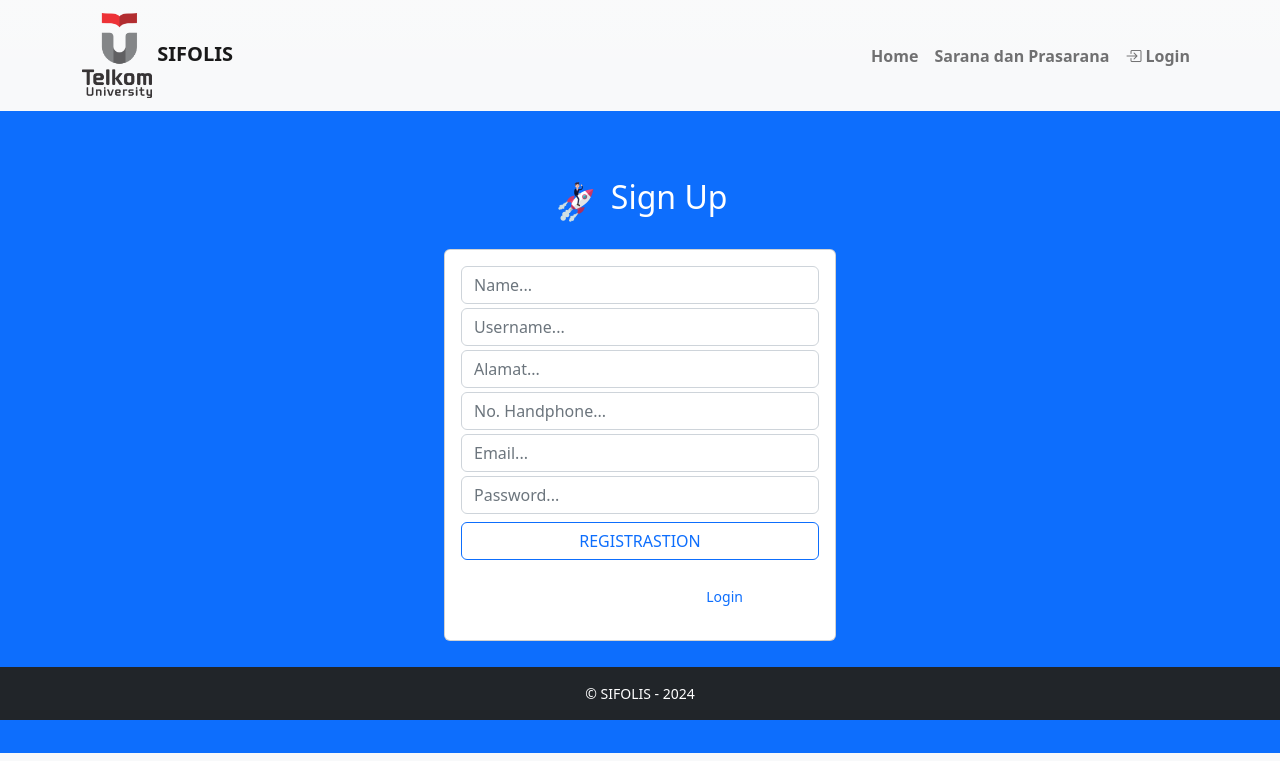
Repository: Audi87/uas_framework
Page: http://localhost/registrasi
An editor plug-in stored every save of this project. The page is shown before and after the next save, followed by the edit.
The browser window is 1280 px wide. The pictures show the whole page.
Some web libraries are served in a nearby version. The page is served by the project's Laravel application, run on PHP 8.4 with Laravel 10. Other server files are loaded and not shown.

Above is the page before, as saved 2024-06-13 21:24:31.

### routes/web.php
<?php

use App\Http\Controllers\{
    BarangController, ContactController, CustumerController, DataPeminjamanController, HistoryController,
    Home, LoginController, PeminjamanController, ProfilController, RegistrasiController,
    SaranaDanPrasaranaController, AdminController
};
use Illuminate\Support\Facades\Route;


Route::get('/', [Home::class, 'index'])->middleware('auth');

Route::get('/login', [LoginController::class, 'index'])->name('login')->middleware('guest');
Route::post('/login', [LoginController::class, 'login']);
Route::post('/logout', [LoginController::class, 'logout']);

Route::get('/registrasi', [RegistrasiController::class, 'index'])->middleware('guest');
Route::post('/registrasi', [RegistrasiController::class, 'registrasi']);

Route::get('/dashboard', function() {
    return view('dashboard.index', ['title' => 'Dashboard Admin']);
})->middleware('admin');

Route::get('/profil/{user:id}', [ProfilController::class, 'index'])->middleware('auth');

Route::get('/sarana dan prasarana', [SaranaDanPrasaranaController::class, 'index'])->middleware('auth');
Route::resource('/sarana-prasarana', BarangController::class)->middleware('admin');

Route::get('/peminjaman/{barang:id}', [PeminjamanController::class, 'index'])->middleware('auth');
Route::post('/peminjaman/{barang:id}', [PeminjamanController::class, 'peminjaman'])->middleware('auth');

Route::get('/history/{user:id}', [HistoryController::class, 'index'])->middleware('auth');

Route::get('/kembalikan/{id}', [PeminjamanController::class, 'kembalikan'])->middleware('auth');
Route::get('/detail-peminjaman/{id}', [PeminjamanController::class, 'detailPeminjaman'])->middleware('auth');

Route::get('/category/{id}', [SaranaDanPrasaranaController::class, 'category'])->middleware('auth');

Route::get('/custumer', [CustumerController::class, 'index'])->middleware('admin');
Route::get('/custumer/{user:id}', [CustumerController::class, 'detail'])->middleware('admin');

Route::get('/data-peminjaman', [DataPeminjamanController::class, 'index'])->middleware('admin');
Route::get('/data-peminjaman/{id}', [DataPeminjamanController::class, 'detail'])->middleware('admin');

Route::get('/contact', [ContactController::class, 'index'])->middleware('auth');

### app/Http/Controllers/RegistrasiController.php
<?php

namespace App\Http\Controllers;

use Illuminate\Support\Facades\App;
use App\Models\User;
use Illuminate\Http\Request;

class RegistrasiController extends Controller
{
    // Function untuk menampilkan view registrasi
    public function index()
    {
        return view('registrasi.registrasi', [
            'title' => 'Registrasi'
        ]);
    }

    // Function untuk proses registrasi
    public function registrasi(Request $request)
    {
        $validateData = $request->validate([
            'name' => ['required', 'min:4', 'max:255'],
            'username' => ['required', 'min:5', 'max:255'],
            'alamat' => ['required', 'min:5', 'max:255'],
            'no_handphone' => ['required', 'min:5', 'max:255'],
            'email' => ['required', 'min:5', 'max:255', 'unique:users'],
            'password' => ['required', 'min:5', 'max:255']
        ]);

        $validateData['password'] = bcrypt($validateData['password']);
        User::create($validateData);

        // Menampilkan Sweet Alert
        return redirect('/login')->with('success', 'successful registration');
    }
}

### resources/views/registrasi/registrasi.blade.php
@extends('layouts.main')

@section('content')

<div class="regis p-3 mb-2 bg-primary text-white">
    <div class="container-fluid py-5">
        <div class="row text-center mb-5">
            <div class="col-lg-4 offset-lg-4" >
                <h2>
                    <img src="img/pngwing.com (7).png" text-primary width="50" alt="" data-aos="flip-left" data-aos-duration="2000" >
                    Sign Up
                </h2>
            </div>
            <div class="col-lg-4 offset-lg-4 col-10 offset-1 mt-3">
                {{-- Form Registrasi --}}
                <div class="card">
                    <div class="card-body">
                        <form action="/registrasi" method="post">
                            @csrf
                            <div class="mb-1">
                                <input type="text" id="name" name="name" placeholder="Name..." value="{{ old('name') }}" class="form-control @error('name') is-invalid @enderror">
                                @error('name')
                                <div class="invalid-feedback">
                                    {{ $message }}
                                </div>
                                @enderror
                            </div>
                            <div class="mb-1">
                                <input type="text" id="username" name="username" placeholder="Username..." value="{{ old('username') }}" class="form-control @error('username') is-invalid @enderror">
                                @error('username')
                                <div class="invalid-feedback">
                                    {{ $message }}
                                </div>
                                @enderror
                            </div>
                            <div class="mb-1">
                                <input type="text" id="alamat" name="alamat" placeholder="Alamat..." value="{{ old('alamat') }}" class="form-control @error('alamat') is-invalid @enderror">
                                @error('alamat')
                                <div class="invalid-feedback">
                                    {{ $message }}
                                </div>
                                @enderror
                            </div>
                            <div class="mb-1">
                                <input type="number" id="no_handphone" name="no_handphone" placeholder="No. Handphone..." value="{{ old('no_handphone') }}" class="form-control @error('no_handphone') is-invalid @enderror">
                                @error('no_handphone')
                                <div class="invalid-feedback">
                                    {{ $message }}
                                </div>
                                @enderror
                            </div>
                            <div class="mb-1">
                                <input type="email" id="email" name="email" placeholder="Email..." value="{{ old('email') }}" class="form-control @error('email') is-invalid @enderror">
                                @error('email')
                                <div class="invalid-feedback">
                                    {{ $message }}
                                </div>
                                @enderror
                            </div>
                            <div class="mb-2">
                                <input type="password" id="password" name="password" placeholder="Password..." value="{{ old('password') }}" class="form-control @error('password') is-invalid @enderror">
                                @error('password')
                                <div class="invalid-feedback">
                                    {{ $message }}
                                </div>
                                @enderror
                            </div>
                            <div class="mb-4">
                                <button class="btn btn-outline-primary w-100" type="submit">REGISTRASTION</button>
                            </div>
                            <div>
                                <p><small>already have an account? <a href="login" class="text-decoration-none">Login</a></small></p>
                            </div>
                        </form>
                    </div>
                </div>
            </div>
        </div>
    </div>
</div>

@if(session('success'))
<script>
    Swal.fire({
        title: 'Registrasi Berhasil!',
        text: "{{ session('success') }}",
        icon: 'success',
        confirmButtonText: 'Ok'
    });
</script>
@endif

@endsection

### resources/views/layouts/main.blade.php
<!doctype html>
<html lang="en">
  <head>
    <meta charset="utf-8">
    <meta name="viewport" content="width=device-width, initial-scale=1">
    <title>{{ $title }}</title>

    <link rel="stylesheet" href="/css/stylee.css">

    {{-- Link Aos --}}
    <link rel="stylesheet" href="https://unpkg.com/aos@next/dist/aos.css" />

    {{-- Link Icons Bootstrap --}}
    <link rel="stylesheet" href="https://cdn.jsdelivr.net/npm/bootstrap-icons@1.9.1/font/bootstrap-icons.css">

    <link href="https://cdn.jsdelivr.net/npm/bootstrap@5.2.0/dist/css/bootstrap.min.css" rel="stylesheet" integrity="sha384-gH2yIJqKdNHPEq0n4Mqa/HGKIhSkIHeL5AyhkYV8i59U5AR6csBvApHHNl/vI1Bx" crossorigin="anonymous">
    <link href="https://fonts.googleapis.com/css2?family=Poppins:wght@400;500;600&display=swap" rel="stylesheet">
    <link rel="stylesheet" href="https://cdnjs.cloudflare.com/ajax/libs/font-awesome/6.4.0/css/all.min.css"
        integrity="sha512-iecdLmaskl7CVkqkXNQ/ZH/XLlvWZOJyj7Yy7tcenmpD1ypASozpmT/E0iPtmFIB46ZmdtAc9eNBvH0H/ZpiBw=="
        crossorigin="anonymous" referrerpolicy="no-referrer" />
  </head>
  <body class="bg-light">

    {{-- Include navbar --}}
    @include('navbar.navbar')

    {{-- Content --}}
    @yield('content')
    {{-- End Content --}}

    {{-- Include Footer --}}
    @include('footer.footer')

    <script src="https://cdn.jsdelivr.net/npm/bootstrap@5.2.0/dist/js/bootstrap.bundle.min.js" integrity="sha384-A3rJD856KowSb7dwlZdYEkO39Gagi7vIsF0jrRAoQmDKKtQBHUuLZ9AsSv4jD4Xa" crossorigin="anonymous"></script>

    <script src="https://unpkg.com/aos@next/dist/aos.js"></script>
    <script>
      AOS.init();
    </script>

    {{-- Js Jquery --}}
    <script src="/js/jquery.js"></script>

    {{-- Script js --}}
    <script src="/js/script.js"></script>

  </body>
</html>

### resources/views/navbar/navbar.blade.php
{{-- Navbar --}}
<nav class="navbar navbar-expand-lg bg-light bg-gradient navbar-light">
    <div class="container">
        <a class="navbar-brand" href="/"><img src="img/logo.png" width="70" alt="" data-aos="flip-left"
                data-aos-duration="2000"> SIFOLIS </a>
        <button class="navbar-toggler" type="button" data-bs-toggle="collapse" data-bs-target="#navbarNav"
            aria-controls="navbarNav" aria-expanded="false" aria-label="Toggle navigation">
            <span class="navbar-toggler-icon"></span>
        </button>
        <div class="collapse navbar-collapse" id="navbarNav">
            <ul class="navbar-nav ms-auto">
                <li class="nav-item">
                    <a class="nav-link {{ Request::is('/') ? 'active' : '' }}" aria-current="page"
                        href="/">Home</a>
                </li>
                <li class="nav-item">
                    <a class="nav-link {{ Request::is('sarana dan prasarana') ? 'active' : '' }}" aria-current="page"
                        href="/sarana dan prasarana">Sarana dan Prasarana</a>
                </li>

                @auth
                    <li class="nav-item dropdown">
                        <a class="nav-link dropdown-toggle" href="#" role="button" data-bs-toggle="dropdown"
                            aria-expanded="false">
                            <i class="bi bi-person-lines-fill"></i> Welcome, {{ auth()->user()->username }}
                        </a>
                        <ul class="dropdown-menu">
                            @can('admin')
                                <li><a class="dropdown-item" href="/dashboard">Dashboard Admin</a></li>
                            @endcan
                            <li><a class="dropdown-item" href="/history/{{ auth()->user()->id }}">Peminjaman</a></li>
                            <li><a class="dropdown-item" href="/contact">Contact Us</a></li>
                            <li><a class="dropdown-item" href="/profil/{{ auth()->user()->id }}"><i
                                        class="bi bi-person-lines-fill"></i> My Profil</a></li>
                            <li>
                                <hr class="dropdown-divider">
                            </li>
                            {{-- Form Logout --}}
                            <form action="/logout" method="post">
                                @csrf
                                <button type="submit" class="dropdown-item"
                                    onclick="return confirm('sure want to go out?')"><i class="bi bi-box-arrow-in-left"></i>
                                    Logout</button>
                            </form>
                            {{-- End From --}}
                        </ul>
                    </li>
                @else
                    <li class="nav-item">
                        <a class="nav-link {{ Request::is('login') ? 'active' : '' }}" href="/login"><i
                                class="bi bi-box-arrow-in-right"></i> Login</a>
                    </li>
                @endauth

            </ul>
        </div>
    </div>
</nav>
{{-- End Navbar --}}

### resources/views/footer/footer.blade.php
<div class="container">
    <!-- Konten Halaman di sini -->
</div>
<div class="fixed-bottom">
<footer class="container-fluid bg-dark text-white text-center">
    <div class="container1">
        <div class="row">
            <div class="col-lg-12">
                <small><p class="mt-3">&copy; SIFOLIS - 2024</p></small>
            </div>
        </div>
    </div>
    </div>
</footer>

### public/css/stylee.css
nav ul li {
    font-weight: bold;
}

nav a {
    font-weight: bold;
}

nav ul li:hover {
    background-color: black;
    opacity: 0.8;
    border-radius: 17px;
    text-decoration: underline;
}

### public/js/script.js
$(document).ready(function(){


    window.setTimeout(function(){
        $('.alert').fadeTo(300, 0).slideUp(300, function(){
            $(this).remove();
        });
    }, 4000);

    // Js Show password
    $('#flexCheckDefault').click(function(){
        if($(this).is(':checked')){
            $('#password').attr('type', 'text')
        }else{
            $('#password').attr('type', 'password')
        }
    });

});

Loaded but not shown: app/Http/Controllers/Controller.php (common file); public/js/jquery.js (library)

After the next save:
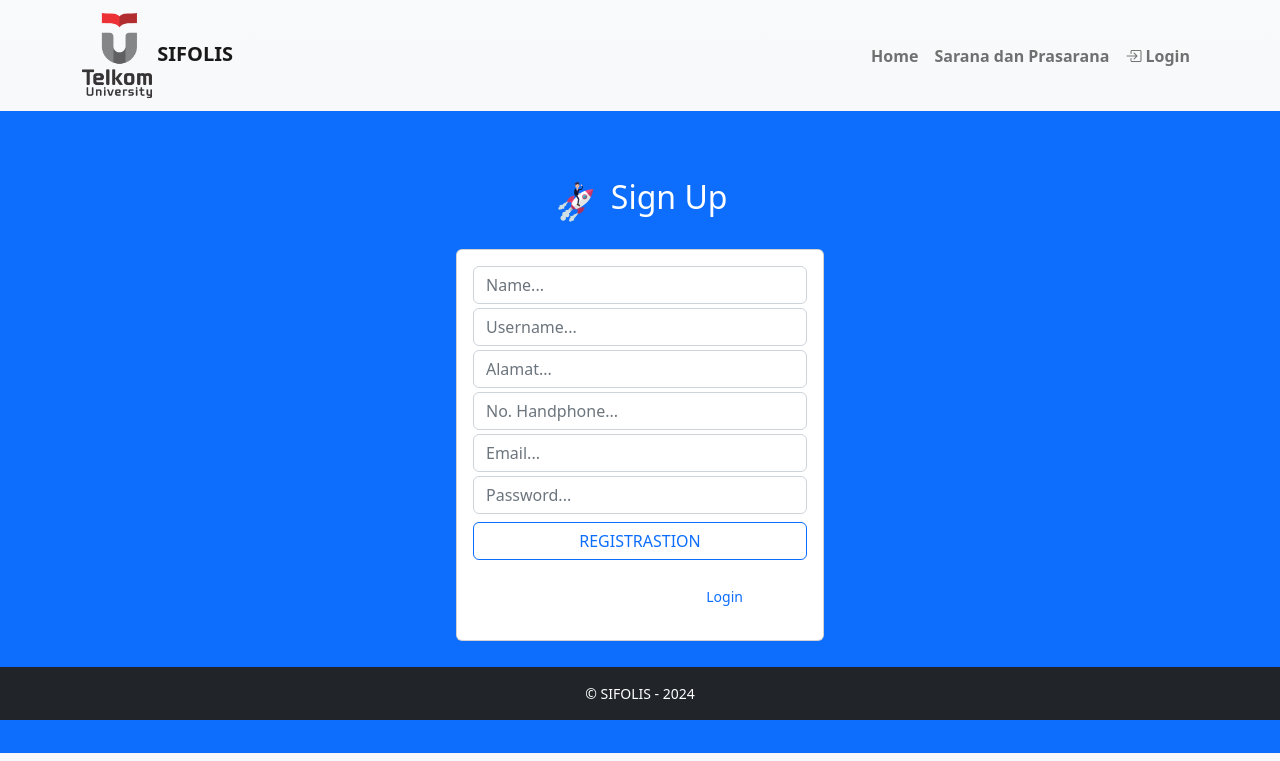
Saved 14 s later.
--- a/resources/views/registrasi/registrasi.blade.php
+++ b/resources/views/registrasi/registrasi.blade.php
@@ -3,7 +3,7 @@
 @section('content')
 
 <div class="regis p-3 mb-2 bg-primary text-white">
-    <div class="container-fluid py-5">
+    <div class="container-fluid p-5">
         <div class="row text-center mb-5">
             <div class="col-lg-4 offset-lg-4" >
                 <h2>
